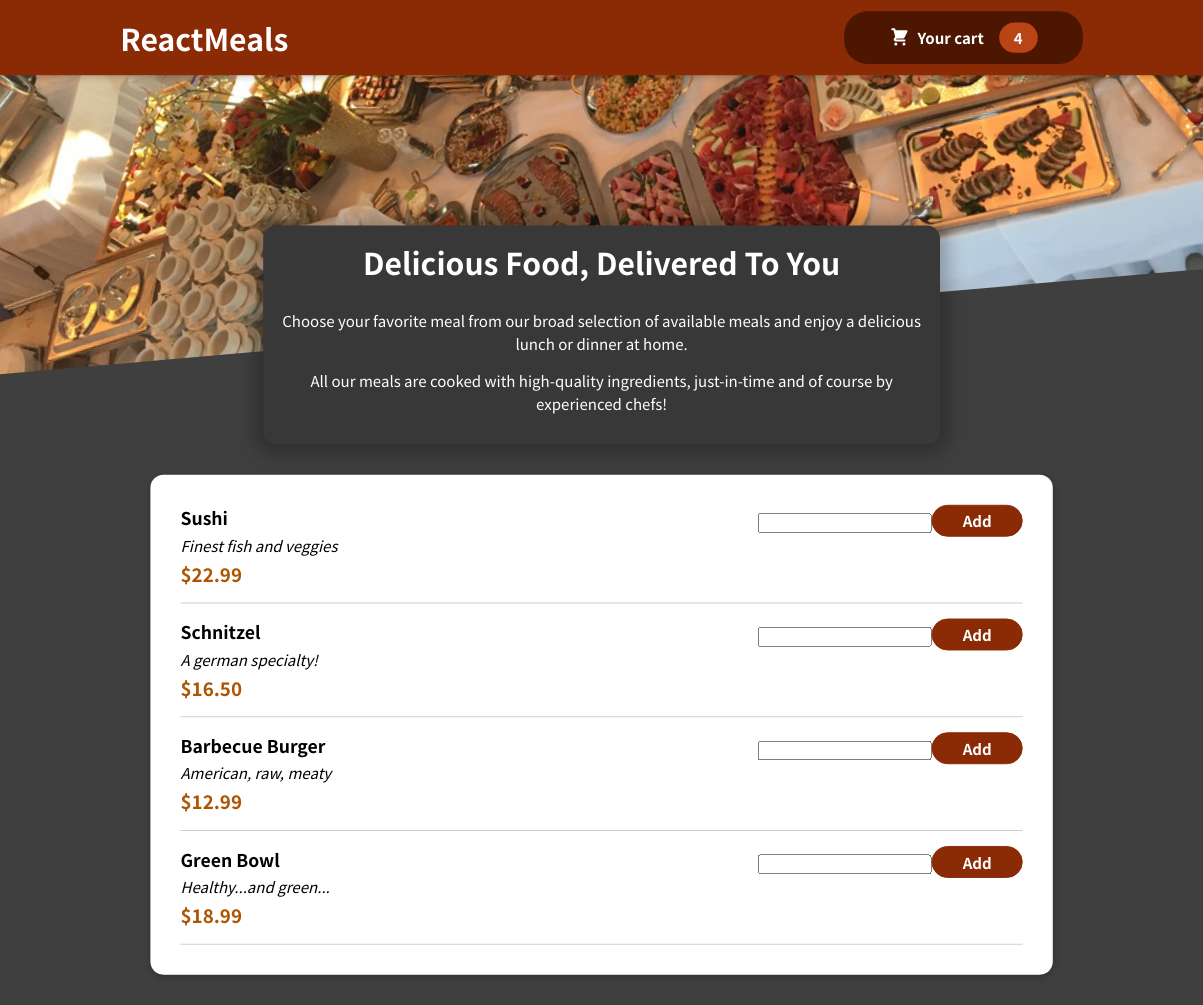
Repository: TonyHoukun-2022/React-foodApp-demo
Page: / (app in Desktop/REACT/React_FoodOrderApp/)
These files come from the project's save history. The page is drawn as it stood at one moment and after the next save; the edit follows.
The browser window is 1280 px wide. The pictures show the whole page, at 94% of full size.
The project was rebuilt for these pictures with package versions that can differ from the ones it lists, and the page was loaded fresh each time.

Above is the page before, as saved 2021-12-05 17:00:08.

### Desktop/REACT/React_FoodOrderApp/src/App.js
import React from "react"
import Header from "./components/Layout/Header"
import Meals from "./components/Meals/Meals"
function App() {
  return (
    <>
      <Header></Header>
      <main>
        <Meals></Meals>
      </main>
    </>
  )
}

export default App

### Desktop/REACT/React_FoodOrderApp/src/components/Layout/Header.js
import React from "react"
import headerImg from "../../assets/header.jpeg"
import styles from "./Header.module.css"
import HeaderCartButton from "./HeaderCartButton"
const Header = (props) => {
  return (
    <>
          <header className={styles.header}>
              <h1>ReactMeals</h1>
              <HeaderCartButton></HeaderCartButton>
          </header>
          <div className={styles['main-image']}>
              <img src={headerImg} alt="header-image" />
          </div>
    </>
  )
}
export default Header

### Desktop/REACT/React_FoodOrderApp/src/components/Meals/Meals.js
import React from "react";
import MealsSummary from "./MealsSummary";
import AvailableMeals from "./AvailableMeals";
const Meals = () => {
    return (
        <>
            <MealsSummary></MealsSummary>
            <AvailableMeals></AvailableMeals>
        </>
    )
}
export default Meals

### Desktop/REACT/React_FoodOrderApp/src/components/Layout/HeaderCartButton.js
import CartIcon from "../Cart/CartIcon"
import styles from "./HeaderCartButton.module.css"
const HeaderCartButton = props => {
    return (
        <button className={styles.button}>
            <span className={styles.icon}>
                <CartIcon></CartIcon>
            </span>
            <span>Your cart</span>
            <span className={styles.badge}>4</span>
        </button>
    )
 }
export default HeaderCartButton

### Desktop/REACT/React_FoodOrderApp/src/components/Meals/AvailableMeals.js
import styles from "./AvailableMeals.module.css"
import Card from "../UI/Card"
import MealItem from "./MealItem/MealItem"
const DUMMY_MEALS = [
  {
    id: "m1",
    name: "Sushi",
    description: "Finest fish and veggies",
    price: 22.99,
  },
  {
    id: "m2",
    name: "Schnitzel",
    description: "A german specialty!",
    price: 16.5,
  },
  {
    id: "m3",
    name: "Barbecue Burger",
    description: "American, raw, meaty",
    price: 12.99,
  },
  {
    id: "m4",
    name: "Green Bowl",
    description: "Healthy...and green...",
    price: 18.99,
  },
]
const AvailableMeals = () => {
    const mealsList = DUMMY_MEALS.map(meal => (
        <MealItem key={ meal.id} price={meal.price} name={meal.name} description={meal.description}></MealItem>
    ))
    return (
        <section className={styles.meals}>
            <Card>
                <ul>
                    {mealsList}
                </ul>
            </Card>
        </section>
    )
}
export default AvailableMeals

### Desktop/REACT/React_FoodOrderApp/src/components/Cart/CartIcon.js
const CartIcon = () => {
  return (
    <svg xmlns="http://www.w3.org/2000/svg" viewBox="0 0 20 20" fill="currentColor">
      <path d="M3 1a1 1 0 000 2h1.22l.305 1.222a.997.997 0 00.01.042l1.358 5.43-.893.892C3.74 11.846 4.632 14 6.414 14H15a1 1 0 000-2H6.414l1-1H14a1 1 0 00.894-.553l3-6A1 1 0 0017 3H6.28l-.31-1.243A1 1 0 005 1H3zM16 16.5a1.5 1.5 0 11-3 0 1.5 1.5 0 013 0zM6.5 18a1.5 1.5 0 100-3 1.5 1.5 0 000 3z" />
    </svg>
  )
}

export default CartIcon

### Desktop/REACT/React_FoodOrderApp/src/components/Layout/HeaderCartButton.module.css
.button {
  cursor: pointer;
  font: inherit;
  border: none;
  background-color: #4d1601;
  color: white;
  padding: 0.75rem 3rem;
  display: flex;
  justify-content: space-around;
  align-items: center;
  border-radius: 25px;
  font-weight: bold;
}

.button:hover,
.button:active {
  background-color: #2c0d00;
}

.icon {
  width: 1.35rem;
  height: 1.35rem;
  margin-right: 0.5rem;
}

.badge {
  background-color: #b94517;
  padding: 0.25rem 1rem;
  border-radius: 25px;
  margin-left: 1rem;
  font-weight: bold;
}

.button:hover .badge,
.button:active .badge {
  background-color: #92320c;
}

.bump {
  animation: bump 300ms ease-out;
}

@keyframes bump {
  0% {
    transform: scale(1);
  }
  10% {
    transform: scale(0.9);
  }
  30% {
    transform: scale(1.1);
  }
  50% {
    transform: scale(1.15);
  }
  100% {
    transform: scale(1);
  }
}

### Desktop/REACT/React_FoodOrderApp/src/components/UI/Card.js
import styles from "./Card.module.css"
const Card = (props) => {
    return (
        <div className={styles.card}>{ props.children}</div>
    )
}
export default Card

### Desktop/REACT/React_FoodOrderApp/src/components/Meals/MealItem/MealItem.js
import MealItemForm from "./MealItemForm"
import styles from "./MealItem.module.css"
const MealItem = props => {
    //price is set to be like $xx.xx
    const price =`$${props.price.toFixed(2)}`
    return (
        <li className={styles.meal}>
            <div>
                <h3>{props.name}</h3>
                <div className={styles.description}>{props.description}</div>
                <div className={styles.price}>{ price}</div>
            </div>
            <div>
                <MealItemForm></MealItemForm>
            </div>
        </li>
    )
}
export default MealItem

### Desktop/REACT/React_FoodOrderApp/src/components/Meals/MealItem/MealItemForm.js
import styles from "./MealItemForm.module.css"
const MealItemForm = (props) => {
    return (
        <form className={ styles.form} action="">
            <input type="text" />
            <button>Add</button>
        </form>
    )

}
export default MealItemForm

### Desktop/REACT/React_FoodOrderApp/src/components/UI/Input.js
import styles from "./Input.module.css"
const Input = (props) => {
    return (
        <div className={styles.input}>
            <label htmlFor={props.input.id} >{props.label}</label>
            {/* ...props.input ensures that all the key value pairs in this input object,which we receive on props input are added as property:value to input tag here. */}
            <input {...props.input}/>
        </div>
    )
}
export default Input

Loaded but not shown: Desktop/REACT/React_FoodOrderApp/public/index.html (common file); Desktop/REACT/React_FoodOrderApp/src/index.js (common file); Desktop/REACT/React_FoodOrderApp/src/index.css (common file); Desktop/REACT/React_FoodOrderApp/src/components/Layout/Header.module.css (common file); Desktop/REACT/React_FoodOrderApp/src/components/Meals/MealsSummary.js (common file); Desktop/REACT/React_FoodOrderApp/src/components/Meals/MealsSummary.module.css (common file); Desktop/REACT/React_FoodOrderApp/src/components/Meals/AvailableMeals.module.css (common file); Desktop/REACT/React_FoodOrderApp/src/components/UI/Card.module.css (common file); Desktop/REACT/React_FoodOrderApp/src/components/Meals/MealItem/MealItem.module.css (common file); Desktop/REACT/React_FoodOrderApp/src/components/Meals/MealItem/MealItemForm.module.css (common file); Desktop/REACT/React_FoodOrderApp/src/components/UI/Input.module.css (common file)

After the next save:
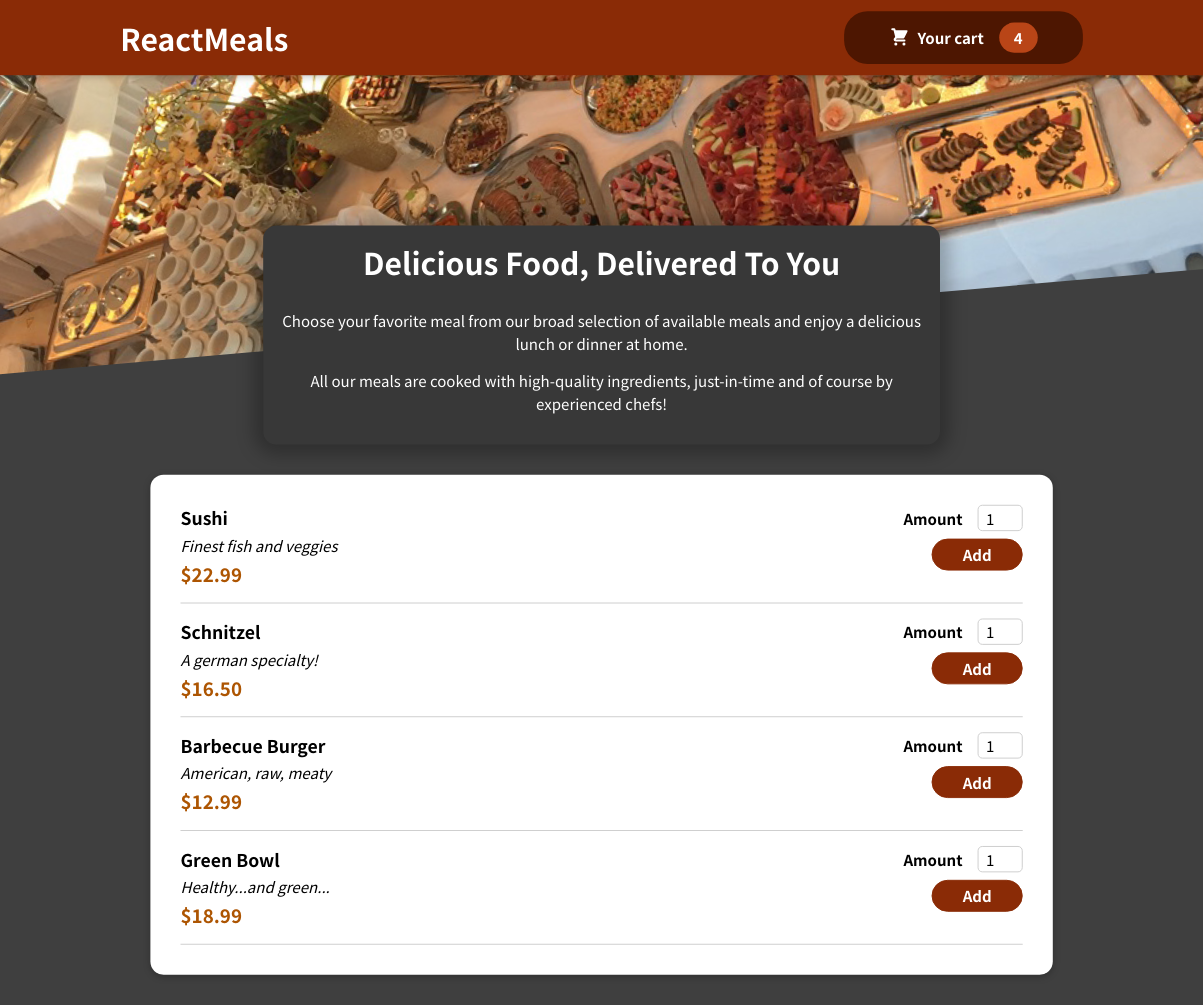
Saved 2 min 3 s later.
--- a/Desktop/REACT/React_FoodOrderApp/src/components/Meals/MealItem/MealItemForm.js
+++ b/Desktop/REACT/React_FoodOrderApp/src/components/Meals/MealItem/MealItemForm.js
@@ -1,8 +1,16 @@
+import Input from "../../UI/Input"
 import styles from "./MealItemForm.module.css"
 const MealItemForm = (props) => {
     return (
         <form className={ styles.form} action="">
-            <input type="text" />
+            <Input label="Amount" input={{
+                id: 'amount',
+                type: 'number',
+                min: '1',
+                max: '5',
+                step: '1',
+                defaultValue:'1'
+            }}></Input>
             <button>Add</button>
         </form>
     )
